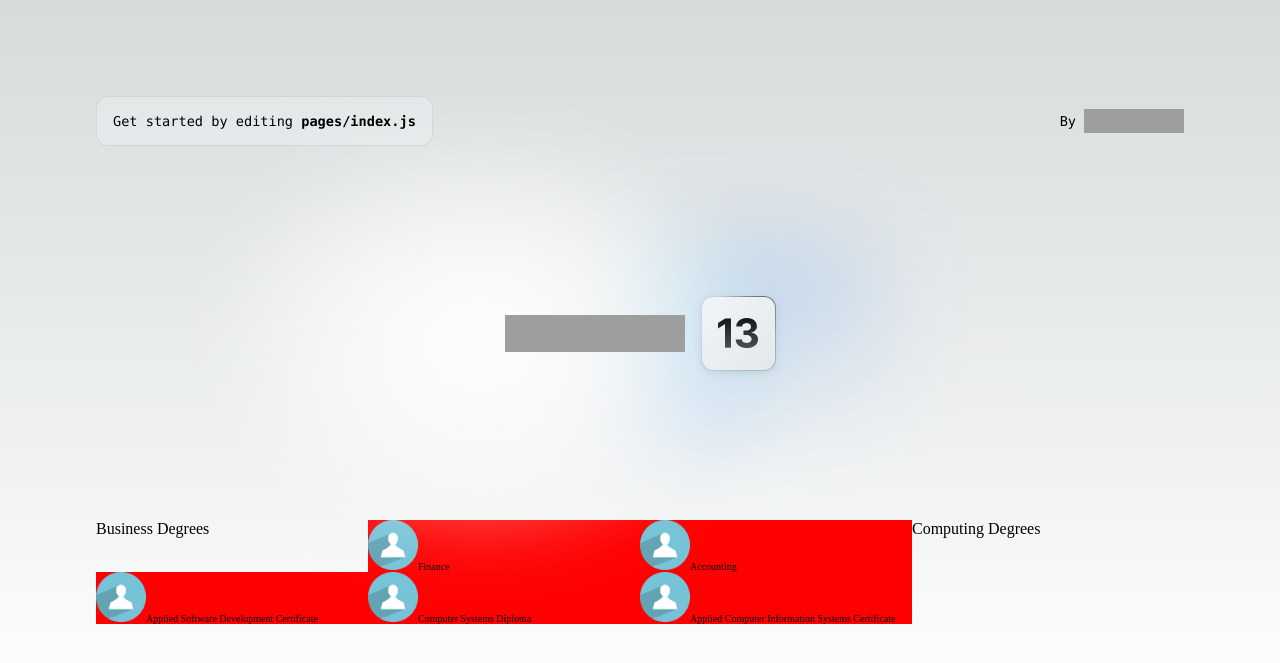
Repository: TeoEstrada9/Week-3-example
Page: /
The author's editor kept a copy of each file at every save. The page is drawn from the files as they stood at one save, then again after a run of saves.
The browser window is 1280 px wide. The pictures show the whole page.
Pictures or frames that could not be fetched are drawn as grey boxes. The project was rebuilt for these pictures with package versions that can differ from the ones it lists, and the page was loaded fresh each time. The framework's server and built-in components were replaced by stand-ins that run in the browser. Also part of the build but not shown: next.config.js.

Above is the page before, as saved 2023-01-16 11:27:33.

### pages/index.js
import Head from 'next/head'
import Image from 'next/image'
import { Inter } from '@next/font/google'
import styles from '@/styles/Home.module.css'
import data from '../Data/education.json'
import { useState } from 'react'
import Card from '../Components/Card'

const inter = Inter({ subsets: ['latin'] })

export default function Home() {

  console.log(data);
  const [information, setInformation] = useState([...data])



  return (
    <>
      <Head>
        <title>Create Next App</title>
        <meta name="description" content="Generated by create next app" />
        <meta name="viewport" content="width=device-width, initial-scale=1" />
        <link rel="icon" href="/favicon.ico" />
      </Head>
      <main className={styles.main}>
        <div className={styles.description}>
          <p>
            Get started by editing&nbsp;
            <code className={styles.code}>pages/index.js</code>
          </p>
          <div>
            <a
              href="https://vercel.com?utm_source=create-next-app&utm_medium=default-template&utm_campaign=create-next-app"
              target="_blank"
              rel="noopener noreferrer"
            >
              By{' '}
              <Image
                src="/vercel.svg"
                alt="Vercel Logo"
                className={styles.vercelLogo}
                width={100}
                height={24}
                priority
              />
            </a>
          </div>
        </div>

        <div className={styles.center}>
          <Image
            className={styles.logo}
            src="/next.svg"
            alt="Next.js Logo"
            width={180}
            height={37}
            priority
          />
          <div className={styles.thirteen}>
            <Image
              src="/thirteen.svg"
              alt="13"
              width={40}
              height={31}
              priority
            />
          </div>
        </div>

        <div className={styles.grid}>
          <div>Business Degrees</div>
          {information && information.map((info, index) => {
            if(info.department === "Business")
            return(
              <Card key={index} degree={info.degree} colour="red" font="10px"/>
            )

          })}

        <div>Computing Degrees</div>
          {information && information.map((info, index) => {
            if(info.department === "Computing")
            return(
              <Card key={index} degree={info.degree} colour="red" font="10px"/>
            )

          })}

        </div>
      </main>
    </>
  )
}

### Data/education.json
[
        {
            "studentNumber": "A0004567",
            "firstName": "Person 1",
            "gpa": 3.8,
            "department": "Business",
            "degree": "Finance",
            "graduted": 2014
        },
        {
            "studentNumber": "A0001234",
            "firstName": "Person 2",
            "gpa": 3.5,
            "department": "Business",
            "degree": "Accounting",
            "graduted": 2010
        },
        {
            "studentNumber": "A0007890",
            "firstName": "Person 3",
            "gpa": 3.2,
            "department": "Computing",
            "degree": "Applied Software Development Certificate",
            "graduted": 2018
        },
        {
            "studentNumber": "A0007828",
            "firstName": "Person 4",
            "gpa": 3.9,
            "department": "Computing",
            "degree": "Computer Systems Diploma",
            "graduted": 2021
        },
        {
            "studentNumber": "A0003425",
            "firstName": "Person 5",
            "gpa": 3.2,
            "department": "Computing",
            "degree": "Applied Computer Information Systems Certificate",
            "graduted": 2021
        }
]

### Components/Card/index.js
export default function Card({
    degree = "none",
    colour = "purple",
    font = "0",
    image = "icon/personTwo.png"
}) {
    return (
        <div style={{backgroundColor: colour, fontSize: font}}>
            {
                colour === "red" ? <img src={'icon/person.png'}width="50"/> :
                colour === "blue" ? <img src={'icon/personThree.png'}width="50"/> :
                                    <img src={'icon/person.png'}width="50"/>
            }
            {degree}

        </div>
    )
}

Loaded but not shown: pages/_app.js (common file); pages/_document.js (common file); styles/globals.css (common file); styles/Home.module.css (common file)

After the next 2 saves:
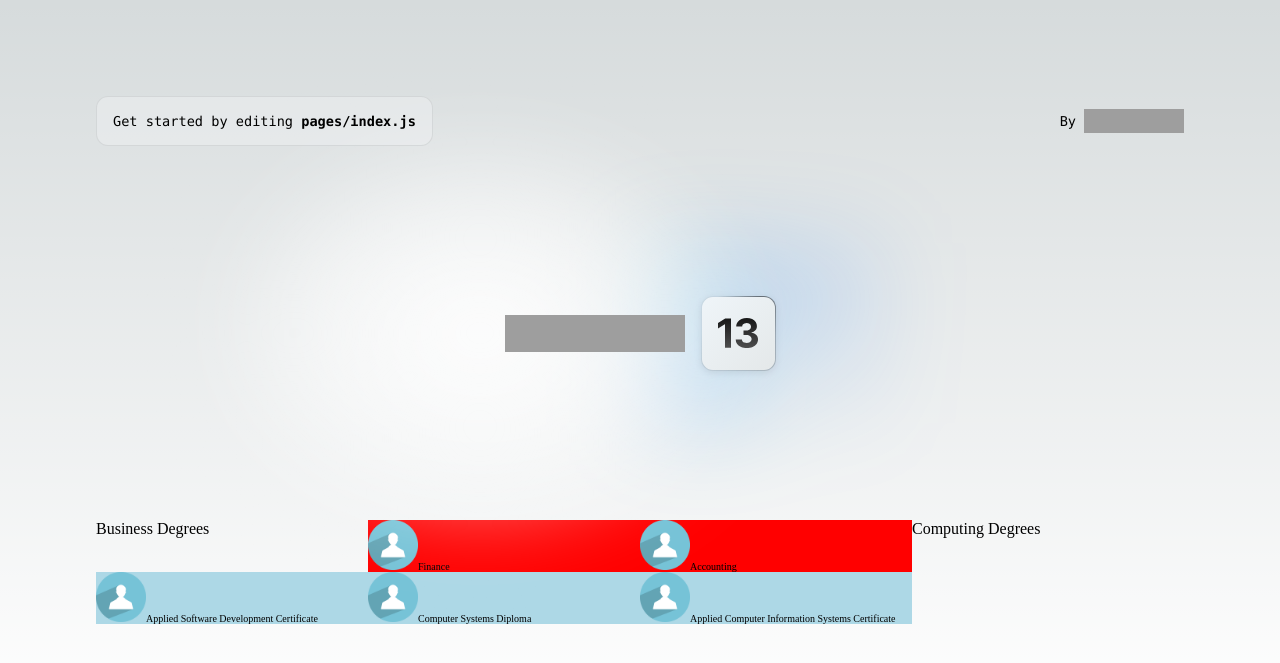
The 2 saves are shown as one change because they came seconds apart.
The last was saved 11 s later.
--- a/pages/index.js
+++ b/pages/index.js
@@ -82,7 +82,7 @@ export default function Home() {
           {information && information.map((info, index) => {
             if(info.department === "Computing")
             return(
-              <Card key={index} degree={info.degree} colour="red" font="10px"/>
+              <Card key={index} degree={info.degree} colour="lightblue" font="10px"/>
             )
 
           })}
